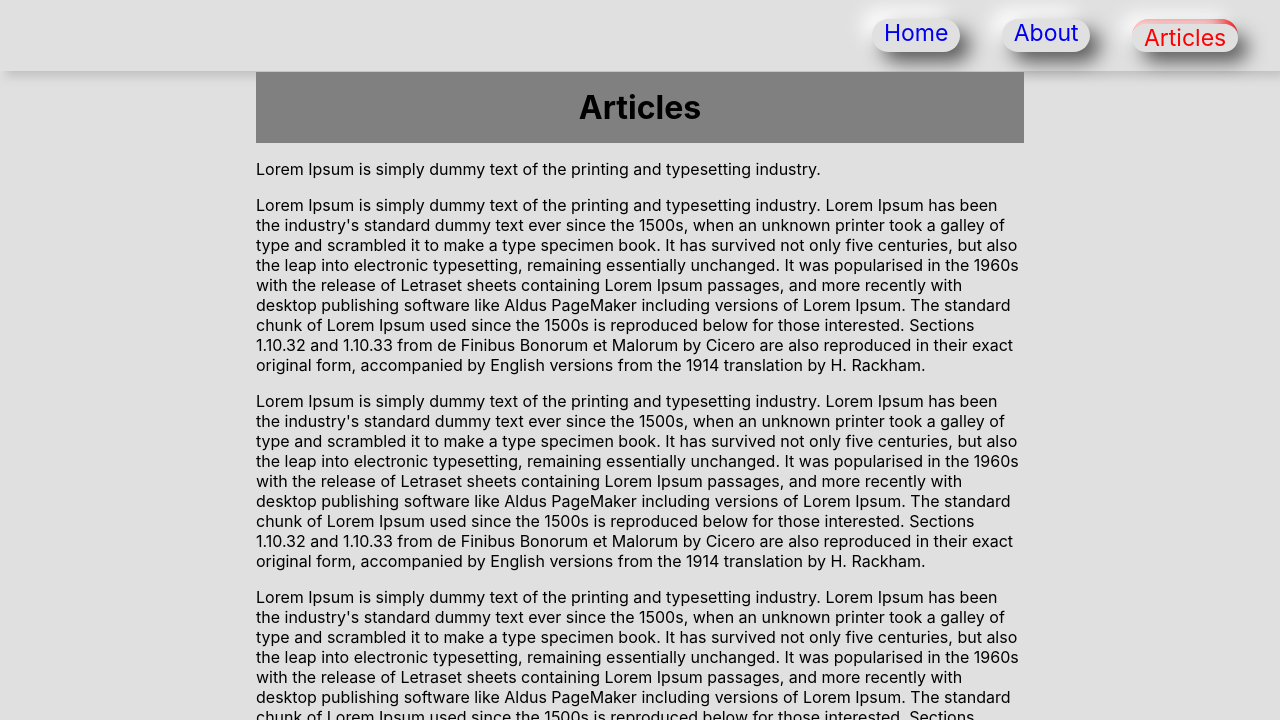
Repository: ShindanoSingi/react-software-architecture-course
Page: /articles
An editor plug-in stored every save of this project. The page is shown before and after the next save, followed by the edit.
The browser window is 1280 px wide. The pictures show the whole page.
An inner scrolling area shows only its first screen. The project was rebuilt for these pictures with package versions that can differ from the ones it lists, and the page was loaded fresh each time. Also part of the build but not shown: src/App.css, src/pages/Home.js, src/pages/About.js.

Above is the page before, as saved 2022-12-26 00:49:31.

### src/index.js
import React from 'react';
import ReactDOM from 'react-dom/client';
import './index.css';
import App from './App';
import reportWebVitals from './reportWebVitals';
import { BrowserRouter } from 'react-router-dom';
import { hydrate } from 'react-dom';

// const root = ReactDOM.createRoot(document.getElementById('root'));
hydrate(
  <BrowserRouter>
    <App />
  </BrowserRouter>,
  document.getElementById("root")
);

// If you want to start measuring performance in your app, pass a function
// to log results (for example: reportWebVitals(console.log))
// or send to an analytics endpoint. Learn more: https://bit.ly/CRA-vitals
reportWebVitals();

### src/index.css
body {
  margin: 0;
  font-family: -apple-system, BlinkMacSystemFont, 'Segoe UI', 'Roboto', 'Oxygen',
    'Ubuntu', 'Cantarell', 'Fira Sans', 'Droid Sans', 'Helvetica Neue',
    sans-serif;
  -webkit-font-smoothing: antialiased;
  -moz-osx-font-smoothing: grayscale;

  background: #e0e0e0;
  box-shadow: 5px 5px 10px #bebebe,
      -5px -5px 10px #ffffff;
}

.container::-webkit-scrollbar {
  display: none;
}

.container {
  -ms-overflow-style: none;
  scrollbar-width: none;
}

code {
  font-family: source-code-pro, Menlo, Monaco, Consolas, 'Courier New',
    monospace;
}

h1 {
  text-align: center;
  margin: 0rem;
  padding: 0.5em;
}

.is-active {
  color: red;
  border-top: 5px solid red;
  border-radius: 205px;
}

.home,
.about,
.articles {
  border-radius: 205px;
  background: #e0e0e0;
  box-shadow: 10px 10px 19px #5a5a5a,
      -10px -10px 19px #ffffff;
  padding: 0 0.5em;
}

.list-container,
a {
  font-size: 1.2em;
  list-style: none;
  text-decoration: none;
  display: flex;
  justify-content: flex-end;
  gap: 1em;
  margin-right: 1em;
}

.nav-bar {
  position: fixed;
  width: 100%;
  top: 0;
  background: #e0e0e0;
  box-shadow: 5px 5px 10px #bebebe,
      -5px -5px 10px #ffffff;
}

.div-container {
  color: black;
}

.container {
  position: fixed;
  top: 4.5em;
  width: 60%;
  margin: 0 20%;
  max-height: 90%;
  overflow-y: scroll;

}

### src/App.js
import React from 'react';
import './App.css';
import { Routes, Route, NavLink } from 'react-router-dom';
import Home from './pages/Home';
import About from './pages/About';
import Articles from './pages/Articles';


function App() {

   return (
   <>
      <nav className='nav-bar'>
      <ul className='list-container'>
        <NavLink to='/' className={({isActive}) => isActive ? "is-active" : null}>
          <li className='home'>Home</li>
        </NavLink>

        <NavLink to='/about' className={({isActive}) => isActive ? "is-active" : null}>
          <li className='about'>About</li>
        </NavLink>

        <NavLink to='/articles' className={({isActive}) => isActive ? "is-active" : null}>
          <li className='articles'>Articles</li>
        </NavLink>
      </ul>
    </nav>
      <Routes>
        <Route path='/' element={<Home />}/>
        <Route path='about' element={<About />}/>
        <Route path='articles' element={<Articles />}/>
      </Routes>
    </>
   )
   ;
}

 export default App;

### src/pages/Articles.js
import React from 'react'
import styled from 'styled-components'

const Heading = styled.h1`
	background: grey;
`

function Articles() {
  return (
    <div className="container">
	<Heading>Articles</Heading>

      <div className="div-container">
        <p>
          Lorem Ipsum is simply dummy text of the printing and typesetting
          industry.{' '}
        </p>
        <p>
          Lorem Ipsum is simply dummy text of the printing and typesetting
          industry. Lorem Ipsum has been the industry's standard dummy text ever
          since the 1500s, when an unknown printer took a galley of type and
          scrambled it to make a type specimen book. It has survived not only
          five centuries, but also the leap into electronic typesetting,
          remaining essentially unchanged. It was popularised in the 1960s with
          the release of Letraset sheets containing Lorem Ipsum passages, and
          more recently with desktop publishing software like Aldus PageMaker
          including versions of Lorem Ipsum. The standard chunk of Lorem Ipsum
          used since the 1500s is reproduced below for those interested.
          Sections 1.10.32 and 1.10.33 from de Finibus Bonorum et Malorum by
          Cicero are also reproduced in their exact original form, accompanied
          by English versions from the 1914 translation by H. Rackham.{' '}
        </p>
		<p>
          Lorem Ipsum is simply dummy text of the printing and typesetting
          industry. Lorem Ipsum has been the industry's standard dummy text ever
          since the 1500s, when an unknown printer took a galley of type and
          scrambled it to make a type specimen book. It has survived not only
          five centuries, but also the leap into electronic typesetting,
          remaining essentially unchanged. It was popularised in the 1960s with
          the release of Letraset sheets containing Lorem Ipsum passages, and
          more recently with desktop publishing software like Aldus PageMaker
          including versions of Lorem Ipsum. The standard chunk of Lorem Ipsum
          used since the 1500s is reproduced below for those interested.
          Sections 1.10.32 and 1.10.33 from de Finibus Bonorum et Malorum by
          Cicero are also reproduced in their exact original form, accompanied
          by English versions from the 1914 translation by H. Rackham.{' '}
        </p>
		<p>
          Lorem Ipsum is simply dummy text of the printing and typesetting
          industry. Lorem Ipsum has been the industry's standard dummy text ever
          since the 1500s, when an unknown printer took a galley of type and
          scrambled it to make a type specimen book. It has survived not only
          five centuries, but also the leap into electronic typesetting,
          remaining essentially unchanged. It was popularised in the 1960s with
          the release of Letraset sheets containing Lorem Ipsum passages, and
          more recently with desktop publishing software like Aldus PageMaker
          including versions of Lorem Ipsum. The standard chunk of Lorem Ipsum
          used since the 1500s is reproduced below for those interested.
          Sections 1.10.32 and 1.10.33 from de Finibus Bonorum et Malorum by
          Cicero are also reproduced in their exact original form, accompanied
          by English versions from the 1914 translation by H. Rackham.{' '}
        </p>
		<p>
          Lorem Ipsum is simply dummy text of the printing and typesetting
          industry. Lorem Ipsum has been the industry's standard dummy text ever
          since the 1500s, when an unknown printer took a galley of type and
          scrambled it to make a type specimen book. It has survived not only
          five centuries, but also the leap into electronic typesetting,
          remaining essentially unchanged. It was popularised in the 1960s with
          the release of Letraset sheets containing Lorem Ipsum passages, and
          more recently with desktop publishing software like Aldus PageMaker
          including versions of Lorem Ipsum. The standard chunk of Lorem Ipsum
          used since the 1500s is reproduced below for those interested.
          Sections 1.10.32 and 1.10.33 from de Finibus Bonorum et Malorum by
          Cicero are also reproduced in their exact original form, accompanied
          by English versions from the 1914 translation by H. Rackham.{' '}
        </p>
		<p>
          Lorem Ipsum is simply dummy text of the printing and typesetting
          industry. Lorem Ipsum has been the industry's standard dummy text ever
          since the 1500s, when an unknown printer took a galley of type and
          scrambled it to make a type specimen book. It has survived not only
          five centuries, but also the leap into electronic typesetting,
          remaining essentially unchanged. It was popularised in the 1960s with
          the release of Letraset sheets containing Lorem Ipsum passages, and
          more recently with desktop publishing software like Aldus PageMaker
          including versions of Lorem Ipsum. The standard chunk of Lorem Ipsum
          used since the 1500s is reproduced below for those interested.
          Sections 1.10.32 and 1.10.33 from de Finibus Bonorum et Malorum by
          Cicero are also reproduced in their exact original form, accompanied
          by English versions from the 1914 translation by H. Rackham.{' '}
        </p>
		<p>
          Lorem Ipsum is simply dummy text of the printing and typesetting
          industry. Lorem Ipsum has been the industry's standard dummy text ever
          since the 1500s, when an unknown printer took a galley of type and
          scrambled it to make a type specimen book. It has survived not only
          five centuries, but also the leap into electronic typesetting,
          remaining essentially unchanged. It was popularised in the 1960s with
          the release of Letraset sheets containing Lorem Ipsum passages, and
          more recently with desktop publishing software like Aldus PageMaker
          including versions of Lorem Ipsum. The standard chunk of Lorem Ipsum
          used since the 1500s is reproduced below for those interested.
          Sections 1.10.32 and 1.10.33 from de Finibus Bonorum et Malorum by
          Cicero are also reproduced in their exact original form, accompanied
          by English versions from the 1914 translation by H. Rackham.{' '}
        </p>
		<p>
          Lorem Ipsum is simply dummy text of the printing and typesetting
          industry. Lorem Ipsum has been the industry's standard dummy text ever
          since the 1500s, when an unknown printer took a galley of type and
          scrambled it to make a type specimen book. It has survived not only
          five centuries, but also the leap into electronic typesetting,
          remaining essentially unchanged. It was popularised in the 1960s with
          the release of Letraset sheets containing Lorem Ipsum passages, and
          more recently with desktop publishing software like Aldus PageMaker
          including versions of Lorem Ipsum. The standard chunk of Lorem Ipsum
          used since the 1500s is reproduced below for those interested.
          Sections 1.10.32 and 1.10.33 from de Finibus Bonorum et Malorum by
          Cicero are also reproduced in their exact original form, accompanied
          by English versions from the 1914 translation by H. Rackham.{' '}
        </p>
		<p>
          Lorem Ipsum is simply dummy text of the printing and typesetting
          industry. Lorem Ipsum has been the industry's standard dummy text ever
          since the 1500s, when an unknown printer took a galley of type and
          scrambled it to make a type specimen book. It has survived not only
          five centuries, but also the leap into electronic typesetting,
          remaining essentially unchanged. It was popularised in the 1960s with
          the release of Letraset sheets containing Lorem Ipsum passages, and
          more recently with desktop publishing software like Aldus PageMaker
          including versions of Lorem Ipsum. The standard chunk of Lorem Ipsum
          used since the 1500s is reproduced below for those interested.
          Sections 1.10.32 and 1.10.33 from de Finibus Bonorum et Malorum by
          Cicero are also reproduced in their exact original form, accompanied
          by English versions from the 1914 translation by H. Rackham.{' '}
        </p>
		<p>
          Lorem Ipsum is simply dummy text of the printing and typesetting
          industry. Lorem Ipsum has been the industry's standard dummy text ever
          since the 1500s, when an unknown printer took a galley of type and
          scrambled it to make a type specimen book. It has survived not only
          five centuries, but also the leap into electronic typesetting,
          remaining essentially unchanged. It was popularised in the 1960s with
          the release of Letraset sheets containing Lorem Ipsum passages, and
          more recently with desktop publishing software like Aldus PageMaker
          including versions of Lorem Ipsum. The standard chunk of Lorem Ipsum
          used since the 1500s is reproduced below for those interested.
          Sections 1.10.32 and 1.10.33 from de Finibus Bonorum et Malorum by
          Cicero are also reproduced in their exact original form, accompanied
          by English versions from the 1914 translation by H. Rackham.{' '}
        </p>
		<p>
          Lorem Ipsum is simply dummy text of the printing and typesetting
          industry. Lorem Ipsum has been the industry's standard dummy text ever
          since the 1500s, when an unknown printer took a galley of type and
          scrambled it to make a type specimen book. It has survived not only
          five centuries, but also the leap into electronic typesetting,
          remaining essentially unchanged. It was popularised in the 1960s with
          the release of Letraset sheets containing Lorem Ipsum passages, and
          more recently with desktop publishing software like Aldus PageMaker
          including versions of Lorem Ipsum. The standard chunk of Lorem Ipsum
          used since the 1500s is reproduced below for those interested.
          Sections 1.10.32 and 1.10.33 from de Finibus Bonorum et Malorum by
          Cicero are also reproduced in their exact original form, accompanied
          by English versions from the 1914 translation by H. Rackham.{' '}
        </p>
		<p>
          Lorem Ipsum is simply dummy text of the printing and typesetting
          industry. Lorem Ipsum has been the industry's standard dummy text ever
          since the 1500s, when an unknown printer took a galley of type and
          scrambled it to make a type specimen book. It has survived not only
          five centuries, but also the leap into electronic typesetting,
          remaining essentially unchanged. It was popularised in the 1960s with
          the release of Letraset sheets containing Lorem Ipsum passages, and
          more recently with desktop publishing software like Aldus PageMaker
          including versions of Lorem Ipsum. The standard chunk of Lorem Ipsum
          used since the 1500s is reproduced below for those interested.
          Sections 1.10.32 and 1.10.33 from de Finibus Bonorum et Malorum by
          Cicero are also reproduced in their exact original form, accompanied
          by English versions from the 1914 translation by H. Rackham.{' '}
        </p>
		<p>
          Lorem Ipsum is simply dummy text of the printing and typesetting
          industry. Lorem Ipsum has been the industry's standard dummy text ever
          since the 1500s, when an unknown printer took a galley of type and
          scrambled it to make a type specimen book. It has survived not only
          five centuries, but also the leap into electronic typesetting,
          remaining essentially unchanged. It was popularised in the 1960s with
          the release of Letraset sheets containing Lorem Ipsum passages, and
          more recently with desktop publishing software like Aldus PageMaker
          including versions of Lorem Ipsum. The standard chunk of Lorem Ipsum
          used since the 1500s is reproduced below for those interested.
          Sections 1.10.32 and 1.10.33 from de Finibus Bonorum et Malorum by
          Cicero are also reproduced in their exact original form, accompanied
          by English versions from the 1914 translation by H. Rackham.{' '}
        </p>
		<p>
          Lorem Ipsum is simply dummy text of the printing and typesetting
          industry. Lorem Ipsum has been the industry's standard dummy text ever
          since the 1500s, when an unknown printer took a galley of type and
          scrambled it to make a type specimen book. It has survived not only
          five centuries, but also the leap into electronic typesetting,
          remaining essentially unchanged. It was popularised in the 1960s with
          the release of Letraset sheets containing Lorem Ipsum passages, and
          more recently with desktop publishing software like Aldus PageMaker
          including versions of Lorem Ipsum. The standard chunk of Lorem Ipsum
          used since the 1500s is reproduced below for those interested.
          Sections 1.10.32 and 1.10.33 from de Finibus Bonorum et Malorum by
          Cicero are also reproduced in their exact original form, accompanied
          by English versions from the 1914 translation by H. Rackham.{' '}
        </p>
		<p>
          Lorem Ipsum is simply dummy text of the printing and typesetting
          industry. Lorem Ipsum has been the industry's standard dummy text ever
          since the 1500s, when an unknown printer took a galley of type and
          scrambled it to make a type specimen book. It has survived not only
          five centuries, but also the leap into electronic typesetting,
          remaining essentially unchanged. It was popularised in the 1960s with
          the release of Letraset sheets containing Lorem Ipsum passages, and
          more recently with desktop publishing software like Aldus PageMaker
          including versions of Lorem Ipsum. The standard chunk of Lorem Ipsum
          used since the 1500s is reproduced below for those interested.
          Sections 1.10.32 and 1.10.33 from de Finibus Bonorum et Malorum by
          Cicero are also reproduced in their exact original form, accompanied
          by English versions from the 1914 translation by H. Rackham.{' '}
        </p>
		<p>
          Lorem Ipsum is simply dummy text of the printing and typesetting
          industry. Lorem Ipsum has been the industry's standard dummy text ever
          since the 1500s, when an unknown printer took a galley of type and
          scrambled it to make a type specimen book. It has survived not only
          five centuries, but also the leap into electronic typesetting,
          remaining essentially unchanged. It was popularised in the 1960s with
          the release of Letraset sheets containing Lorem Ipsum passages, and
          more recently with desktop publishing software like Aldus PageMaker
          including versions of Lorem Ipsum. The standard chunk of Lorem Ipsum
          used since the 1500s is reproduced below for those interested.
          Sections 1.10.32 and 1.10.33 from de Finibus Bonorum et Malorum by
          Cicero are also reproduced in their exact original form, accompanied
          by English versions from the 1914 translation by H. Rackham.{' '}
        </p>
		<p>
          Lorem Ipsum is simply dummy text of the printing and typesetting
          industry. Lorem Ipsum has been the industry's standard dummy text ever
          since the 1500s, when an unknown printer took a galley of type and
          scrambled it to make a type specimen book. It has survived not only
          five centuries, but also the leap into electronic typesetting,
          remaining essentially unchanged. It was popularised in the 1960s with
          the release of Letraset sheets containing Lorem Ipsum passages, and
          more recently with desktop publishing software like Aldus PageMaker
          including versions of Lorem Ipsum. The standard chunk of Lorem Ipsum
          used since the 1500s is reproduced below for those interested.
          Sections 1.10.32 and 1.10.33 from de Finibus Bonorum et Malorum by
          Cicero are also reproduced in their exact original form, accompanied
          by English versions from the 1914 translation by H. Rackham.{' '}
        </p>
		<p>
          Lorem Ipsum is simply dummy text of the printing and typesetting
          industry. Lorem Ipsum has been the industry's standard dummy text ever
          since the 1500s, when an unknown printer took a galley of type and
          scrambled it to make a type specimen book. It has survived not only
          five centuries, but also the leap into electronic typesetting,
          remaining essentially unchanged. It was popularised in the 1960s with
          the release of Letraset sheets containing Lorem Ipsum passages, and
          more recently with desktop publishing software like Aldus PageMaker
          including versions of Lorem Ipsum. The standard chunk of Lorem Ipsum
          used since the 1500s is reproduced below for those interested.
          Sections 1.10.32 and 1.10.33 from de Finibus Bonorum et Malorum by
          Cicero are also reproduced in their exact original form, accompanied
          by English versions from the 1914 translation by H. Rackham.{' '}
        </p>

      </div>
    </div>
  )
}

export default Articles

Loaded but not shown: public/index.html (common file); src/reportWebVitals.js (common file)

After the next save:
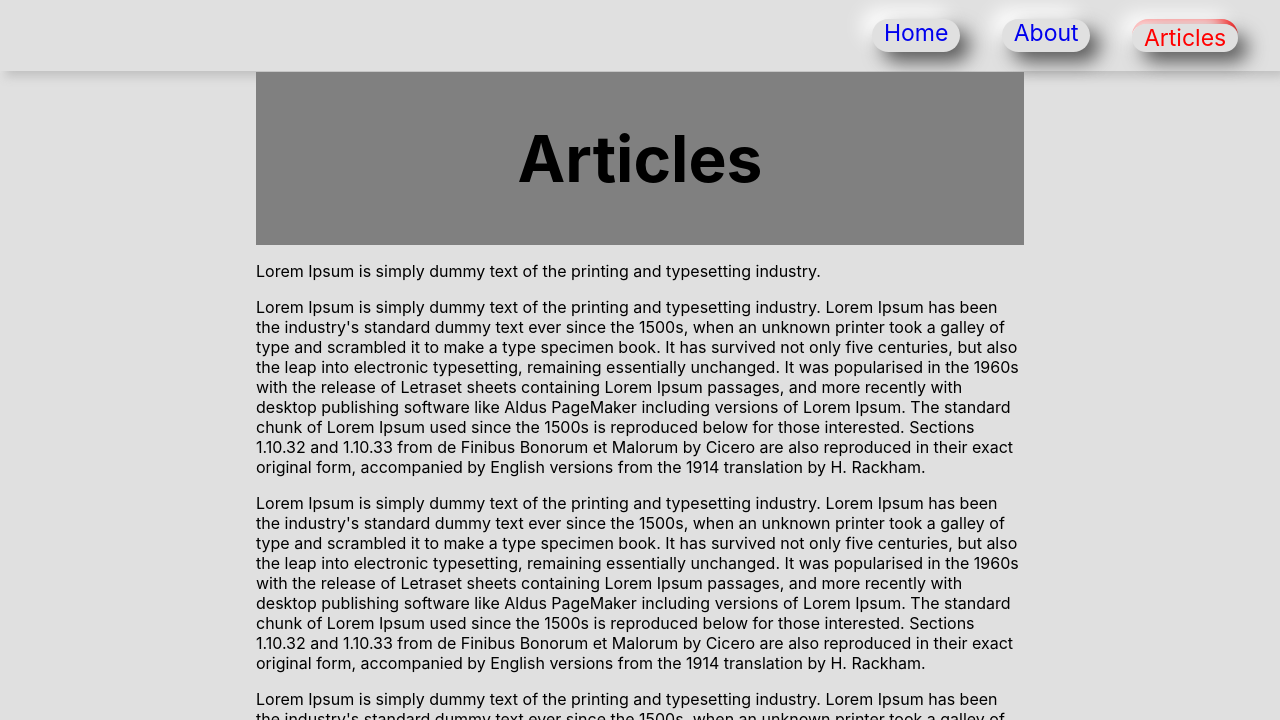
Saved 52 s later.
--- a/src/pages/Articles.js
+++ b/src/pages/Articles.js
@@ -8,7 +8,7 @@
 function Articles() {
   return (
     <div className="container">
-	<Heading>Articles</Heading>
+	<Heading><h1>Articles</h1></Heading>
 
       <div className="div-container">
         <p>

After the save that followed:
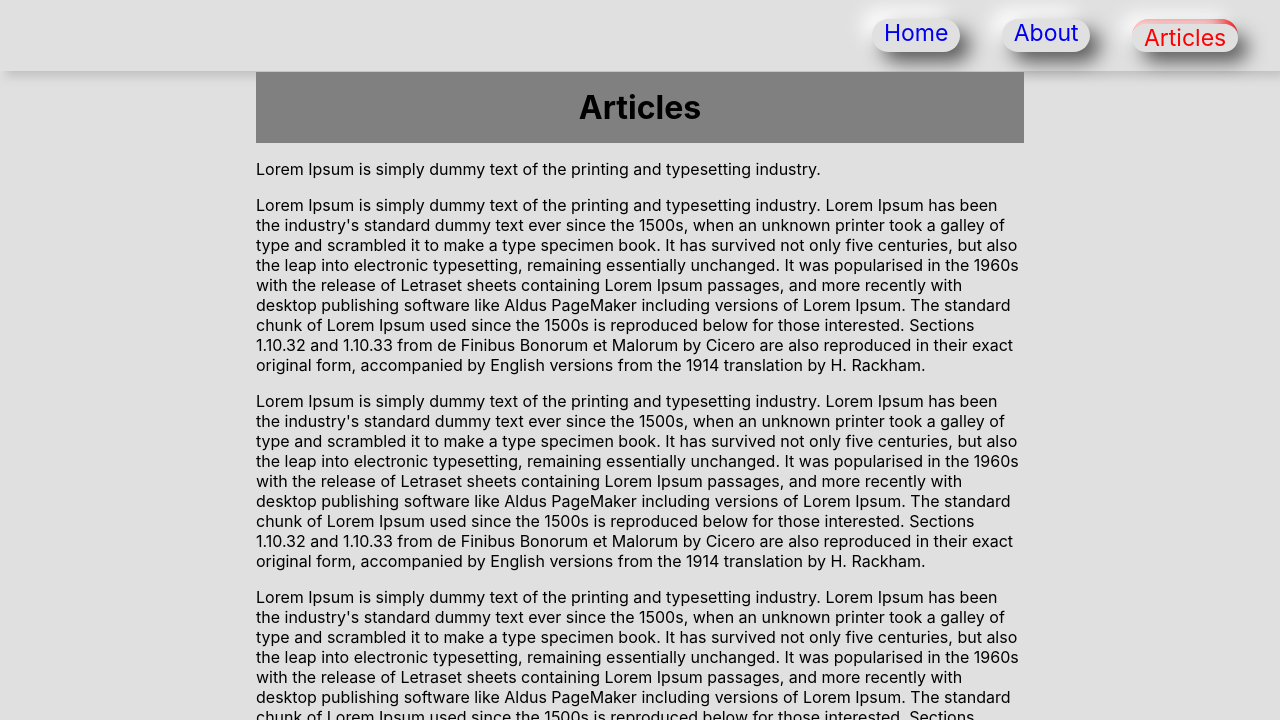
Saved 2 min 34 s later.
--- a/src/pages/Articles.js
+++ b/src/pages/Articles.js
@@ -8,7 +8,7 @@
 function Articles() {
   return (
     <div className="container">
-	<Heading><h1>Articles</h1></Heading>
+	<Heading>Articles</Heading>
 
       <div className="div-container">
         <p>
